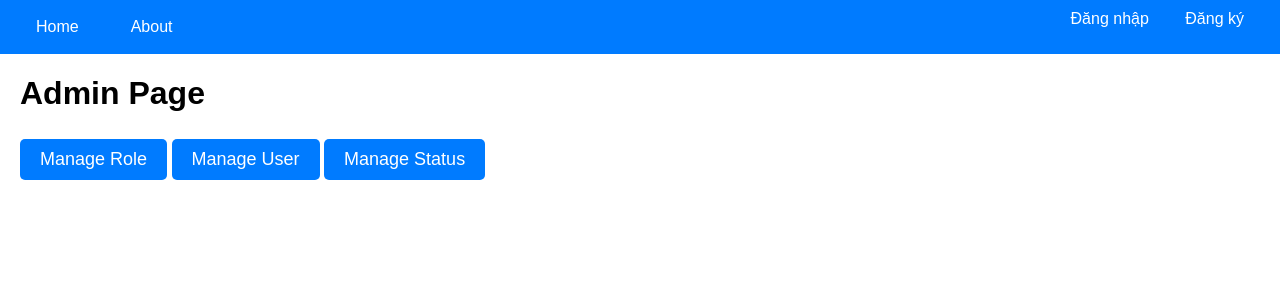
Repository: Loc2804/LTM
Page: http://localhost/RestaurantProject/WelcomeAdmin.jsp
These files come from the project's save history. The page is drawn as it stood at one moment and after a run of saves; the edit follows.
The browser window is 1280 px wide. The pictures show the whole page.
The page is served by Tomcat 10. Other server files are loaded and not shown.

Above is the page before, as saved 2024-12-07 17:28:43.

### RestaurantProject/src/main/webapp/WelcomeAdmin.jsp
<%@page import="Model.BEAN.User"%>
<%@ page language="java" contentType="text/html; charset=UTF-8"
    pageEncoding="UTF-8"%>
<!DOCTYPE html>
<html>
<head>
<meta charset="UTF-8">
<title>Admin Page</title>
<style>
    body {
        font-family: Arial, sans-serif;
        margin: 0;
        padding: 0;
    }
    .navbar {
        background-color: #007BFF; /* Màu xanh chủ đạo */
        overflow: hidden;
        display: flex;
        justify-content: space-between;
        padding: 10px 20px;
    }
    .navbar a {
        color: white;
        text-decoration: none;
        padding: 8px 16px;
        font-size: 16px;
    }
    .navbar a:hover {
        background-color: #0056b3; /* Màu xanh đậm hơn khi hover */
        border-radius: 4px;
    }
    .links {
        display: flex;
        gap: 20px;
    }
    .content {
        margin: 20px;
    }
    .content a {
        display: inline-block;
        background-color: #007BFF; /* Màu nền xanh chủ đạo */
        color: white;
        text-decoration: none;
        padding: 10px 20px;
        border-radius: 5px;
        margin: 5px 0;
        font-size: 18px;
    }
    .content a:hover {
        background-color: #0056b3; /* Màu nền xanh đậm hơn khi hover */
    }
    .btn-logout {
        background-color: #007BFF; /* Màu nền xanh chủ đạo */
        color: white; /* Màu chữ */
        text-decoration: none;
        padding: 10px 20px; /* Khoảng cách bên trong */
        border: none; /* Bỏ viền */
        border-radius: 5px; /* Bo góc */
        font-size: 18px; /* Kích thước chữ */
        cursor: pointer; /* Thay đổi con trỏ khi hover */
    }

    .btn-logout:hover {
        background-color: #0056b3; /* Màu nền xanh đậm hơn khi hover */
    }

    .btn-logout:focus {
        outline: none; /* Bỏ viền focus mặc định */
    }
</style>
</head>
<body>
    <div class="navbar">
        <div class="links">
            <a href="WelcomeUser.jsp">Home</a>
            <a href="WelcomeAdmin.jsp">About</a>
        </div>
        <%
        	User user = (User) session.getAttribute("user");
        	if(user == null || user.getRole() == null){
        %>
        <div>
            <a href="Login.jsp">Đăng nhập</a>
            <a href="Register.jsp">Đăng ký</a>
        </div>
        <% }
        	else{
        %>
        <form action="Authcontroller" method="post">
        	<div>
            	<button class="btn-logout" type="submit">Đăng xuất</button>
            	<input  type="hidden" value="logout" name="action">
        	</div>
        </form>
        <%
        	}
        %>
    </div>

    <div class="content">
        <h1>Admin Page</h1>
        <a href="ManageRole.jsp">Manage Role</a>
        <a href="ManageUser.jsp">Manage User</a>
        <a href="ManageStatus.jsp">Manage Status</a>
    </div>
</body>
</html>

After the next 2 saves:
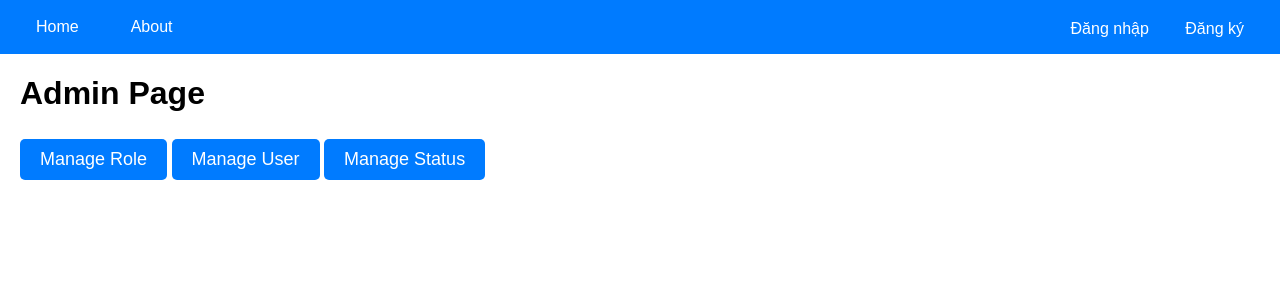
The 2 saves are shown as one change because they came seconds apart.
The last was saved 46 s later.
--- a/RestaurantProject/src/main/webapp/WelcomeAdmin.jsp
+++ b/RestaurantProject/src/main/webapp/WelcomeAdmin.jsp
@@ -67,6 +67,9 @@
     .btn-logout:focus {
         outline: none; /* Bỏ viền focus mặc định */
     }
+    .group-btn{
+    	margin-top:10px;
+    }
 </style>
 </head>
 <body>
@@ -79,7 +82,7 @@
         	User user = (User) session.getAttribute("user");
         	if(user == null || user.getRole() == null){
         %>
-        <div>
+        <div class="group-btn">
             <a href="Login.jsp">Đăng nhập</a>
             <a href="Register.jsp">Đăng ký</a>
         </div>
